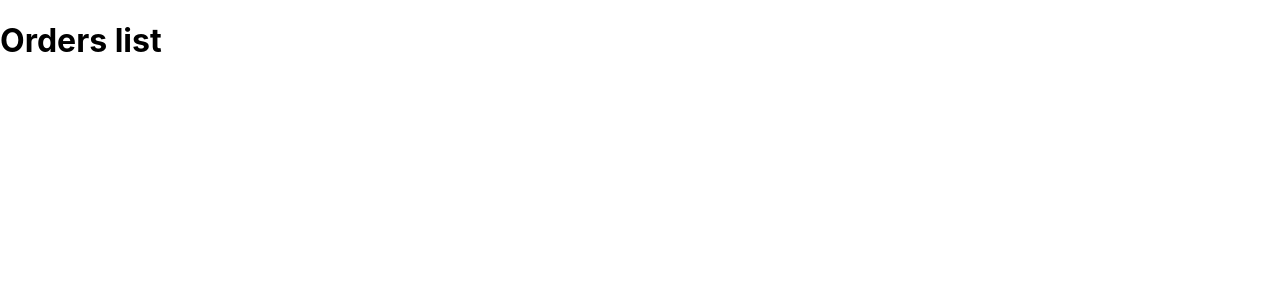
Repository: FS-23/react-navigation
Page: /menu/add
An editor plug-in stored every save of this project. The page is shown before and after the next save, followed by the edit.
The browser window is 1280 px wide. The pictures show the whole page.
The project was rebuilt for these pictures with package versions that can differ from the ones it lists, and the page was loaded fresh each time.

Above is the page before, as saved 2022-05-06 12:48:23.

### src/App.js

import OrderList from "./components/OrderList";

function App() {
  return (
    <div className="App">
        <OrderList />
    </div>
  );
}

export default App;

### src/components/OrderList.js
import { getOrders , addOrder} from '../API/orders'
import { useEffect } from 'react'
function OrderList(){

    useEffect(()=> {
        addOrder({
            name: "Pizza hut",
            price: 12
        })
        console.log('getOrders:', getOrders() )
    }, [])

    return (
        <>
           <h1>Orders list</h1>
        </>
    )
}

export default OrderList

### src/API/orders.js
const orders = [];

export function getOrders(){
    return orders
}

export function addOrder(obj){
    obj.id = orders.length + 1;
    orders.push(obj)
    return orders
}

export function getOrder(id){
    let order = orders.find((_order)=> _order.id == id)
    return order
}

export function changeOrderStatus(id, status){
    for(let order of orders){
        if(order.id == id) {
            order.status = status
            break
        }
    }

    return orders
    //   orders.forEach( order => {
    //       if(order.id == id) order.status = status
    //   })
}

export function removeOrder(id){
     orders.forEach( (order , index) => {
         if(order.id == id) orders.splice(index,1)
     })

     return orders
}

### src/components/Article.js
import React from "react";

export default  class Article extends React.Component {
     constructor(props){
          super(props)
     }


     render(){
         return(
             <h1>Article components</h1>
         )
     }
}

Loaded but not shown: public/index.html (common file); src/index.js (common file); src/index.css (common file)

After the next save:
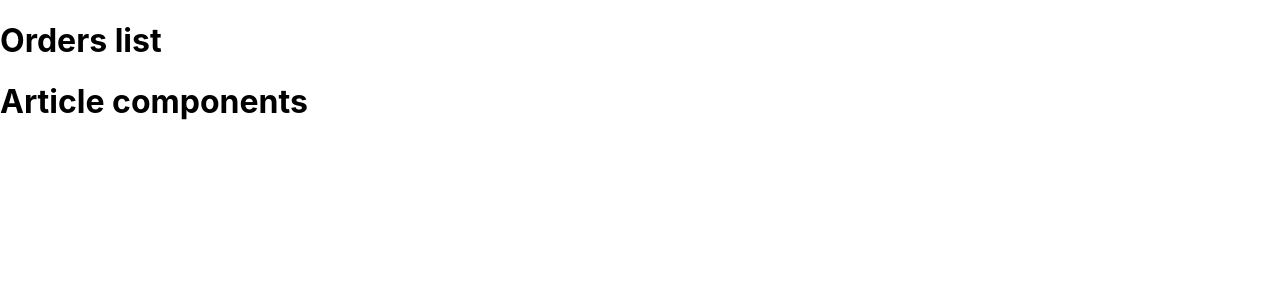
Saved 16 s later.
--- a/src/App.js
+++ b/src/App.js
@@ -1,10 +1,11 @@
 
 import OrderList from "./components/OrderList";
-
+import Article from "./components/Article";
 function App() {
   return (
     <div className="App">
         <OrderList />
+        <Article />
     </div>
   );
 }
